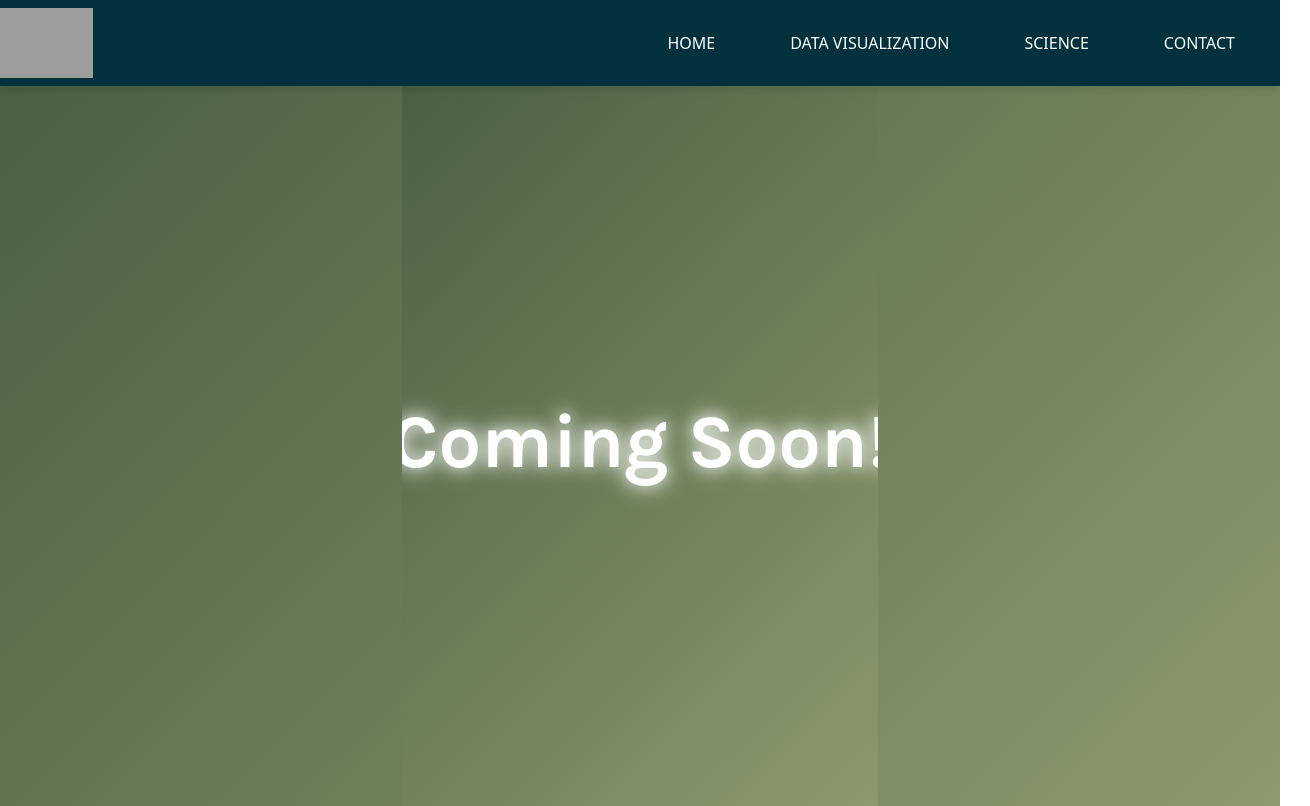
Repository: chukriisty/smartsoils-testbed
Page: /science
The author's editor kept a copy of each file at every save. The page is drawn from the files as they stood at one save, then again after the next save.
The browser window is 1280 px wide. The page is 1280 px wide, then 1310 px, then 1280 px, so the pictures cover 1310 px, including what lies to the right of the window. The pictures show the whole page.
Pictures or frames that could not be fetched are drawn as grey boxes. Some web fonts or font styles are not loaded; a fallback is used. The project was rebuilt for these pictures with package versions that can differ from the ones it lists, and the page was loaded fresh each time. Also part of the build but not shown: src/pages/HomePage.js, src/components/VisualizationPanel.js, src/pages/DataVisualizationPage.js, src/pages/PhenocamPage.js, src/pages/ERT.js, src/components/3DSensorLayout.css, src/components/3DSensorLayout.js, src/components/ControlPanel.css and 8 more.

Above is the page before, as saved 2024-09-26 18:20:55.

After the next save:
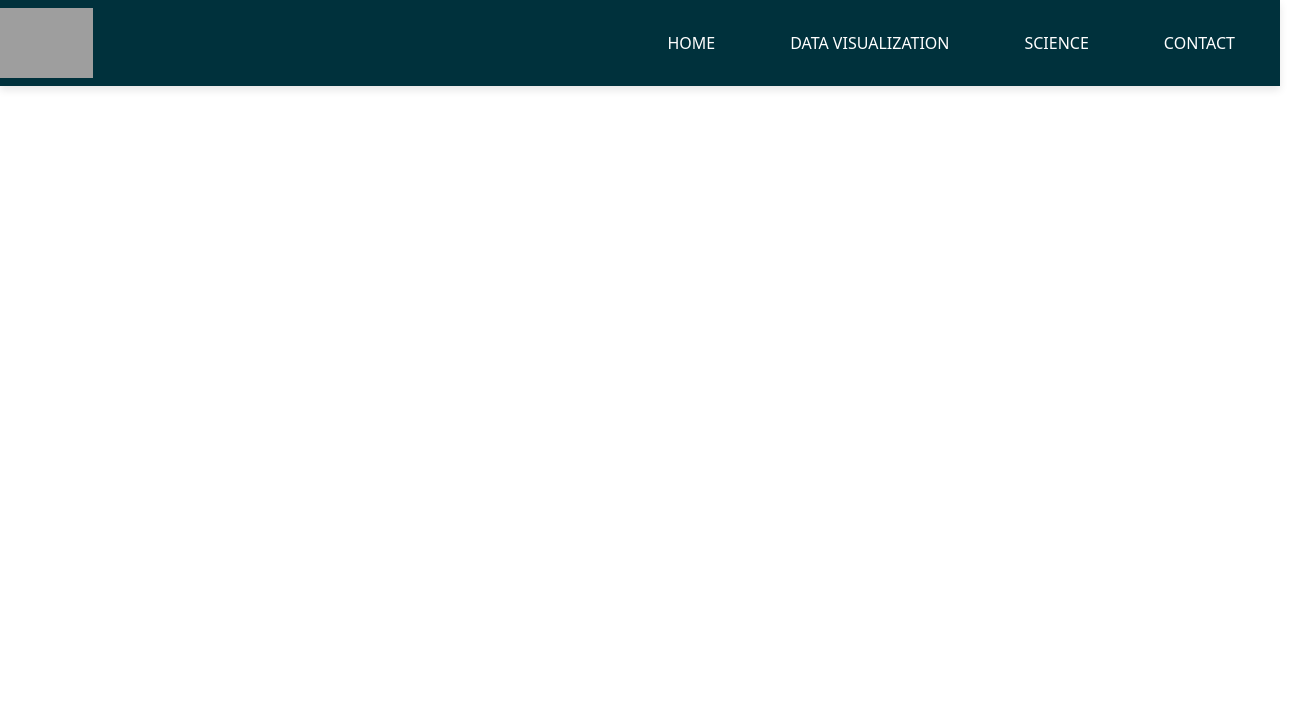
Saved 33 s later.
--- a/src/pages/SciencePage.css
+++ b/src/pages/SciencePage.css
@@ -1,7 +1,7 @@
 /* SciencePage.css */
 
 /* Main page styling */
-.main-content {
+.science-main-content {
     display: flex;
     justify-content: center;
     align-items: center;

After the save that followed:
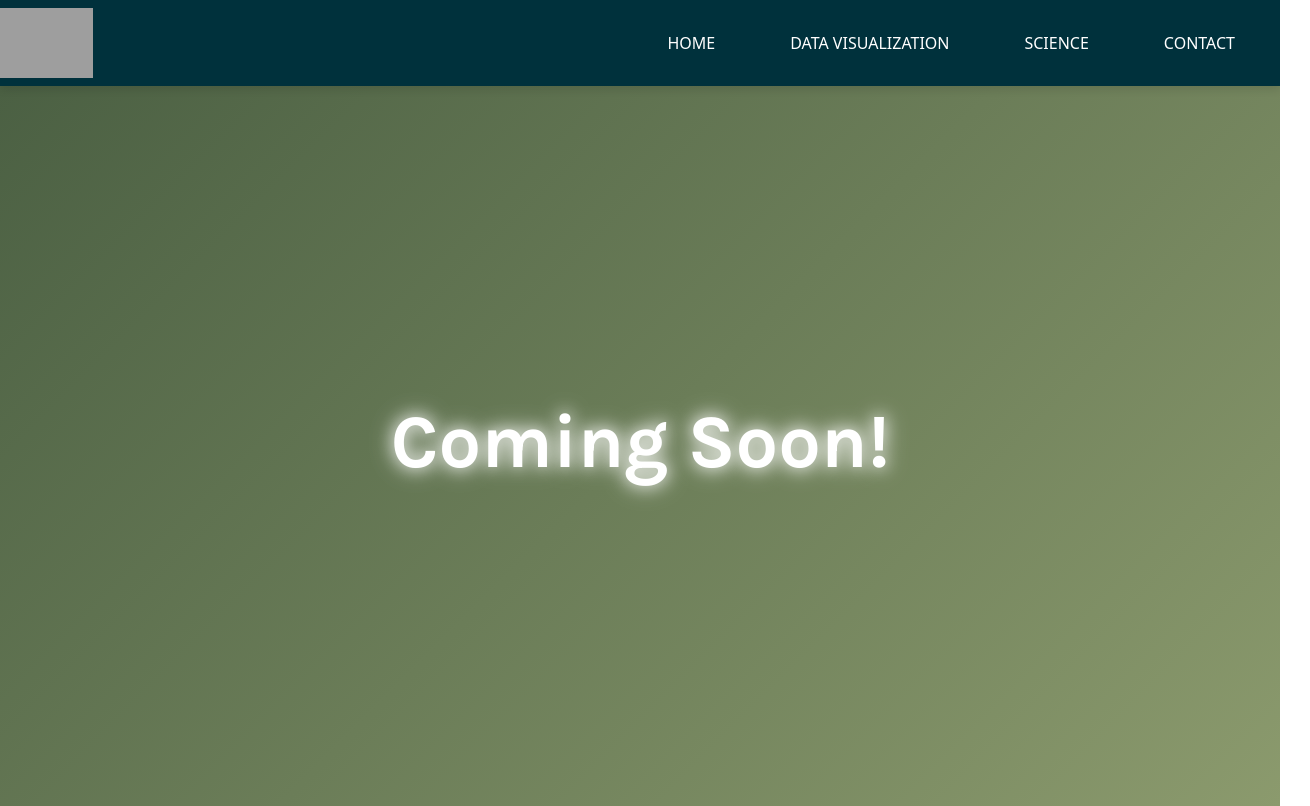
Saved 81 s later.
--- a/src/pages/SciencePage.js
+++ b/src/pages/SciencePage.js
@@ -3,7 +3,7 @@ import './SciencePage.css'; // Link to the CSS file
 
 const SciencePage = () => {
   return (
-    <div className="main-content">
+    <div className="science-main-content">
       <div className="coming-soon-container">
         <h1 className="coming-soon-text">Coming Soon!</h1>
       </div>
